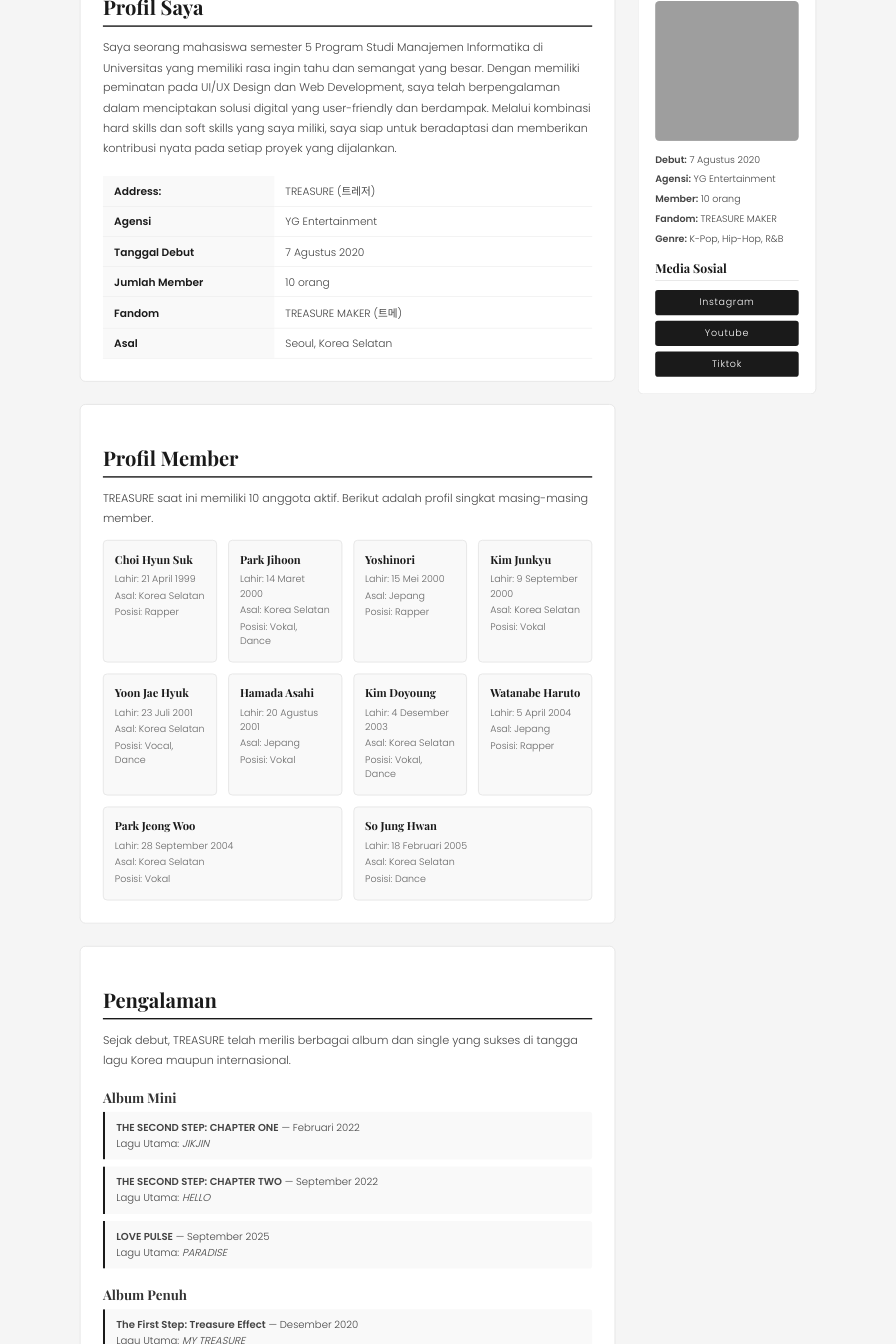
Repository: VergiMutiaRahmasyani/Website-Portofolio
Page: index.html
An editor plug-in stored every save of this project. The page is shown before and after the next save, followed by the edit.
The browser window is 1280 px wide. The pictures show the part of the page from y = 576 to 2496 px (the page is 3092 px tall before and 3223 px after), at 70% of full size.
Pictures or frames that could not be fetched are drawn as grey boxes.

Above is the page before, as saved 2026-03-06 23:35:13.

After the next save:
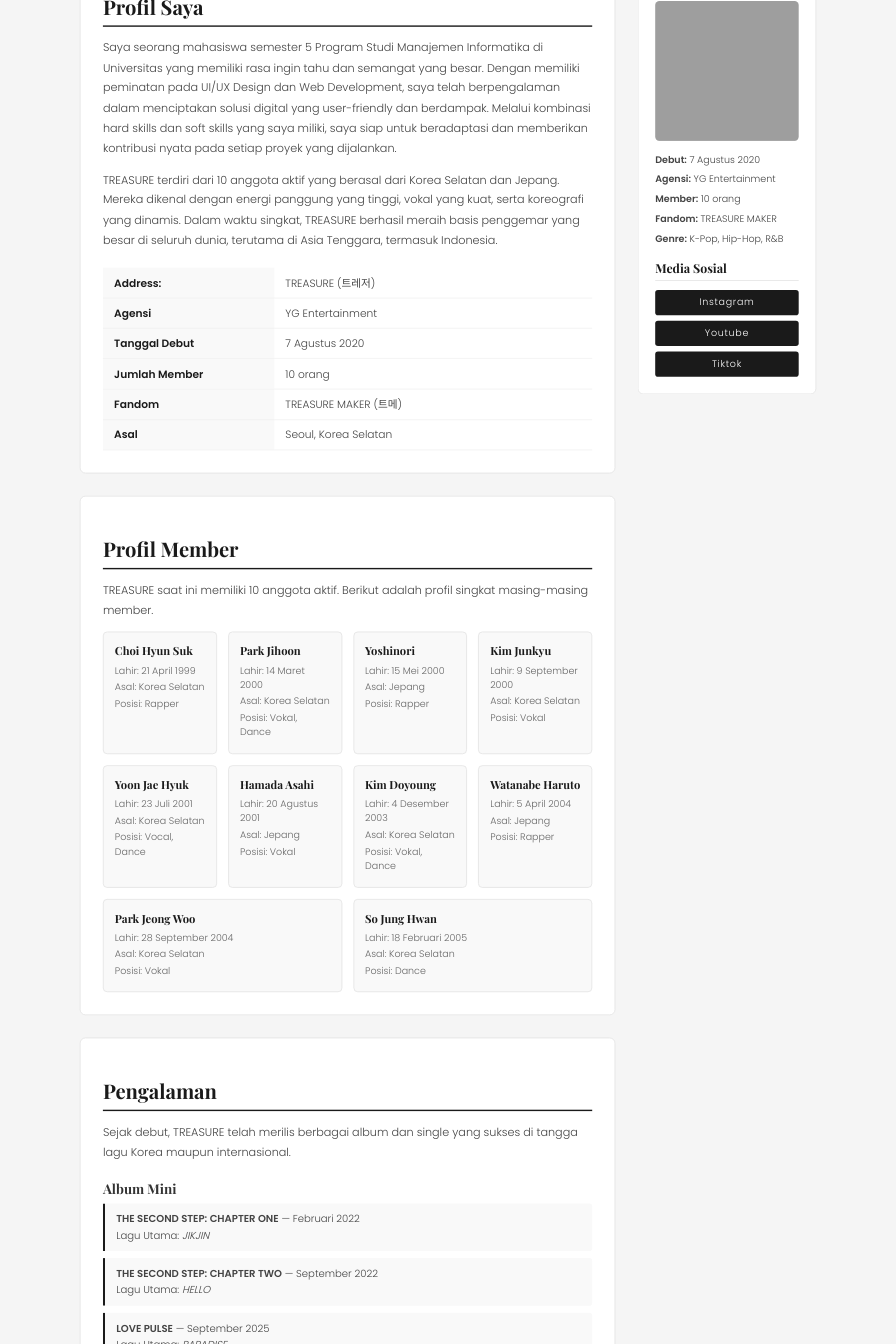
Saved 6 s later.
--- a/index.html
+++ b/index.html
@@ -53,6 +53,11 @@
                             kombinasi hard skills dan soft skills yang saya miliki, saya siap untuk beradaptasi dan memberikan kontribusi
                             nyata pada setiap proyek yang dijalankan.
                         </p>
+                        <p>
+                            TREASURE terdiri dari 10 anggota aktif yang berasal dari Korea Selatan dan Jepang.
+                            Mereka dikenal dengan energi panggung yang tinggi, vokal yang kuat, serta koreografi yang dinamis.
+                            Dalam waktu singkat, TREASURE berhasil meraih basis penggemar yang besar di seluruh dunia,
+                            terutama di Asia Tenggara, termasuk Indonesia.
                         </p>
                         <table class="info-table">
                             <tr>

After the save that followed:
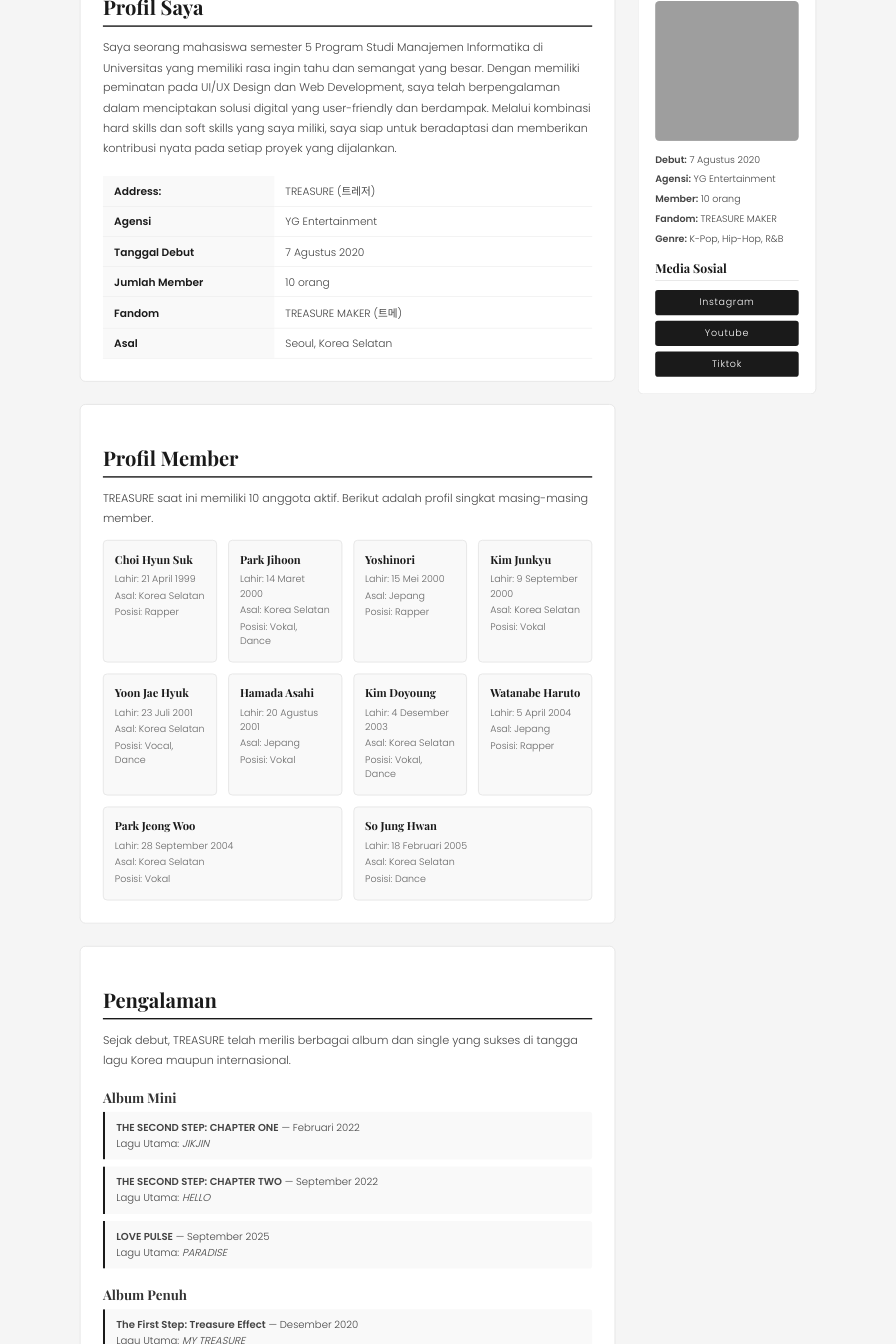
Saved 6 s later.
--- a/index.html
+++ b/index.html
@@ -53,12 +53,7 @@
                             kombinasi hard skills dan soft skills yang saya miliki, saya siap untuk beradaptasi dan memberikan kontribusi
                             nyata pada setiap proyek yang dijalankan.
                         </p>
-                        <p>
-                            TREASURE terdiri dari 10 anggota aktif yang berasal dari Korea Selatan dan Jepang.
-                            Mereka dikenal dengan energi panggung yang tinggi, vokal yang kuat, serta koreografi yang dinamis.
-                            Dalam waktu singkat, TREASURE berhasil meraih basis penggemar yang besar di seluruh dunia,
-                            terutama di Asia Tenggara, termasuk Indonesia.
-                        </p>
+
                         <table class="info-table">
                             <tr>
                                 <th>Address: </th>
